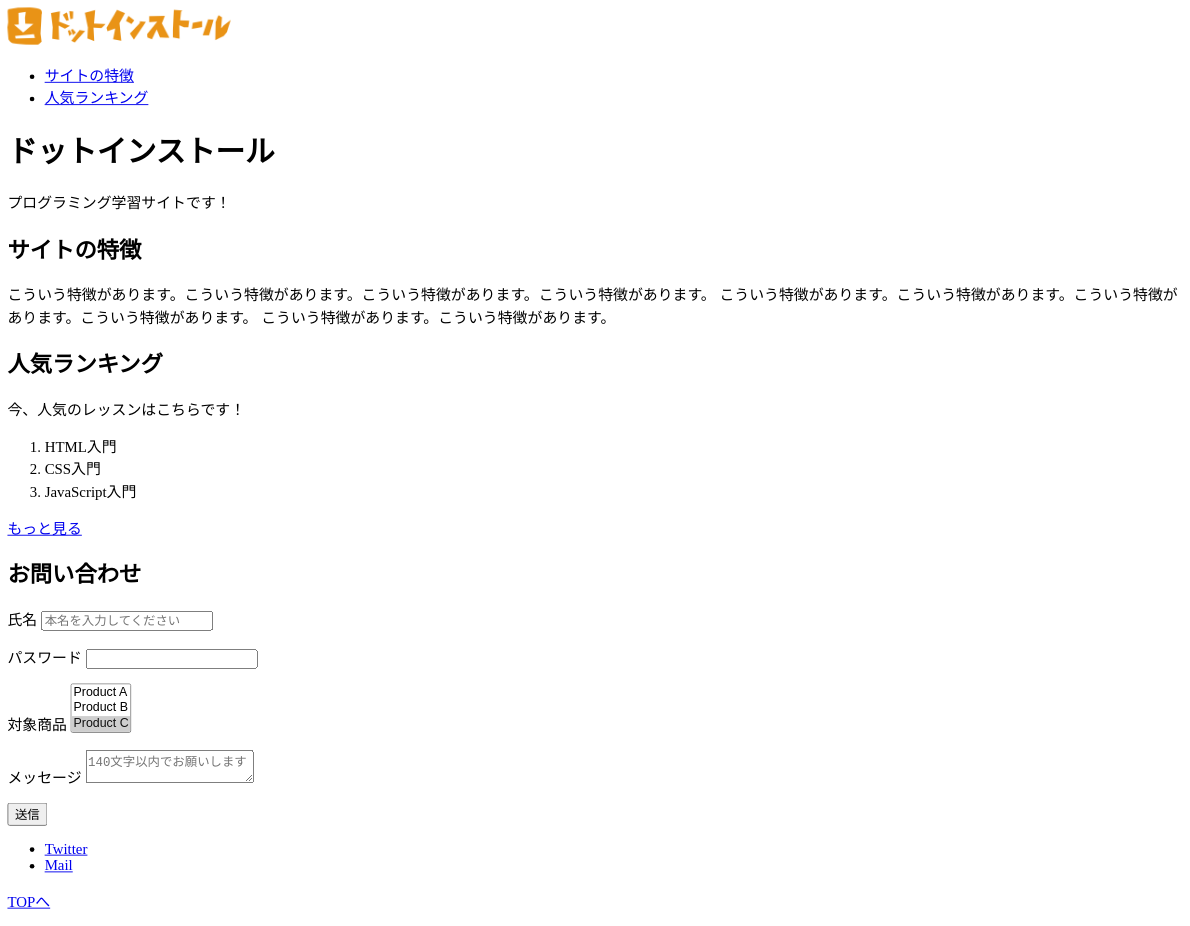
Repository: kojimayu/dotinstall-html
Page: index.html
These files come from the project's save history. The page is drawn as it stood at one moment and after the next save; the edit follows.
The browser window is 1280 px wide. The pictures show the whole page, at 93% of full size.

Above is the page before, as saved 2019-04-04 19:32:16.

After the next save:
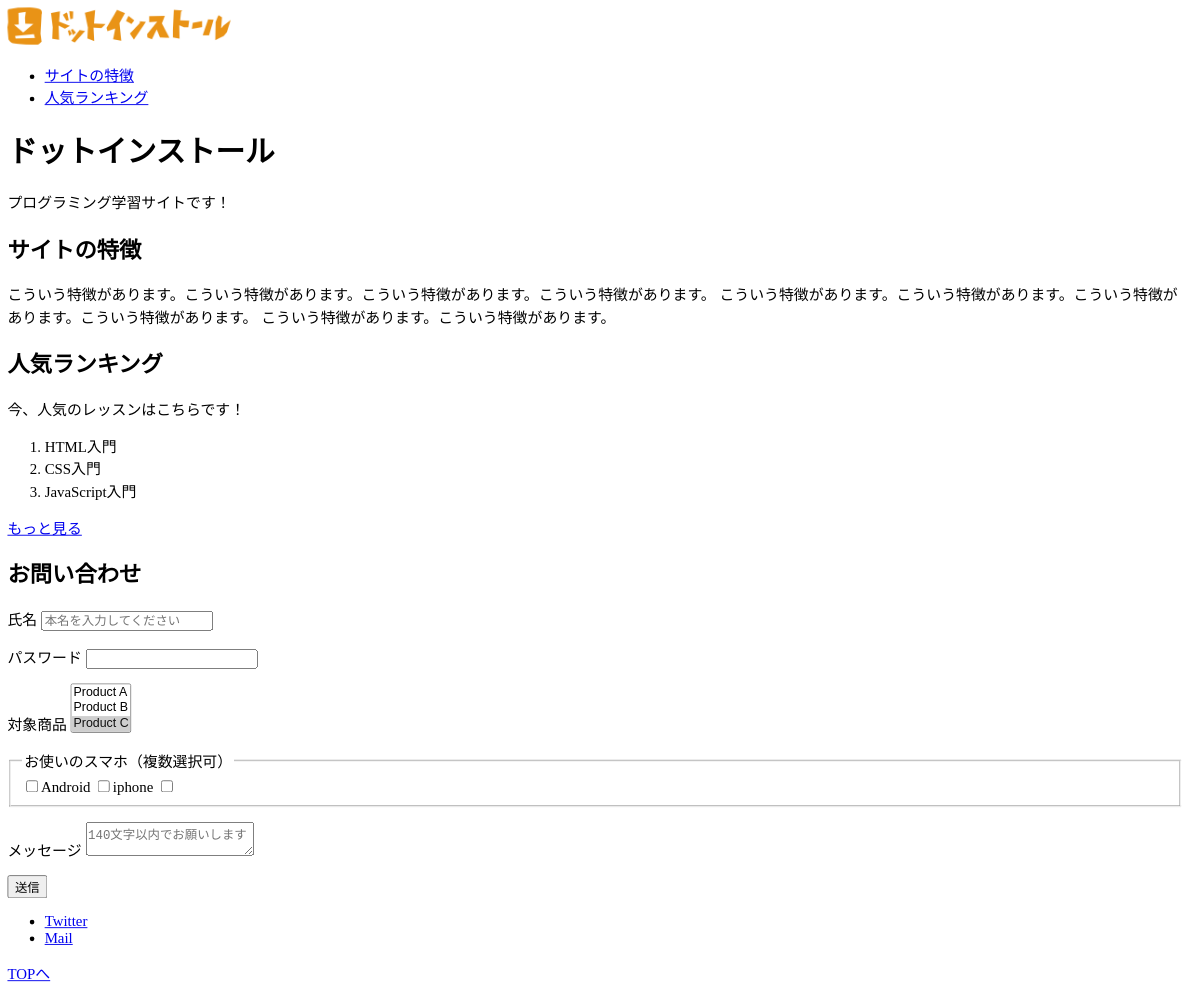
Saved 14 h 3 min later.
--- a/index.html
+++ b/index.html
@@ -54,8 +54,15 @@
                 <option>Product D</option>
                 <option>Product F</option>
             </select>
+        </p>
 
-        </p>
+        <fieldset>
+            <legend>お使いのスマホ（複数選択可）</legend>
+            <input type="checkbox" id="android"><label for="android">Android</label>
+            <input type="checkbox" id="iphone"><label for="iphone">iphone</label>
+            <input type="checkbox" id="android"><label for="android"></label>
+        </fieldset>
+
         <p>
             <label for="messege">メッセージ</label>
             <textarea id="messege" placeholder="140文字以内でお願いします"></textarea>
